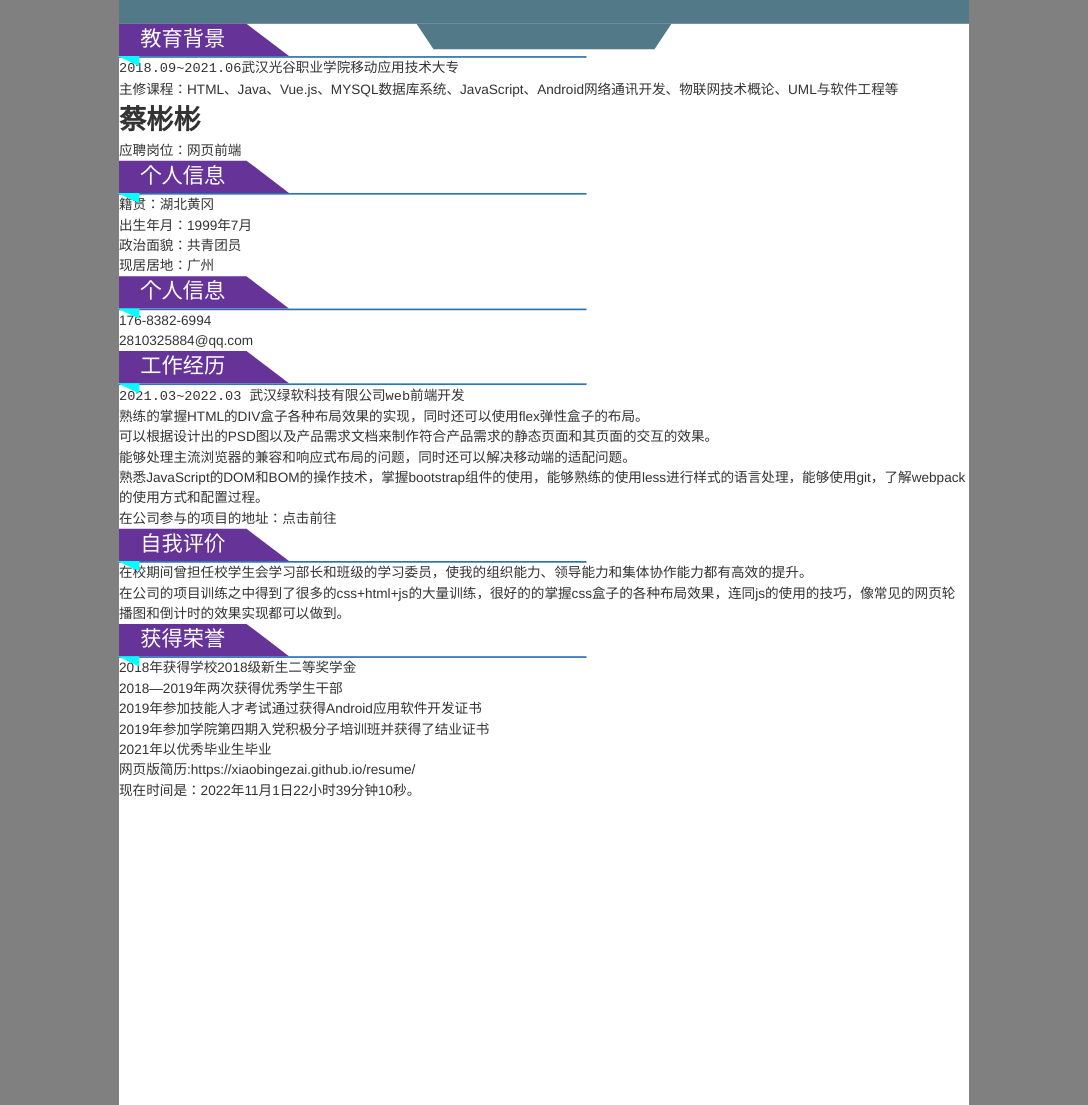
Repository: xiaobingezai/resume
Page: index.html
The author's editor kept a copy of each file at every save. The page is drawn from the files as they stood at one save, then again after the next save.
The browser window is 1280 px wide. The pictures show the whole page, at 85% of full size.

Above is the page before, as saved 2022-11-02 21:16:35.

After the next save:
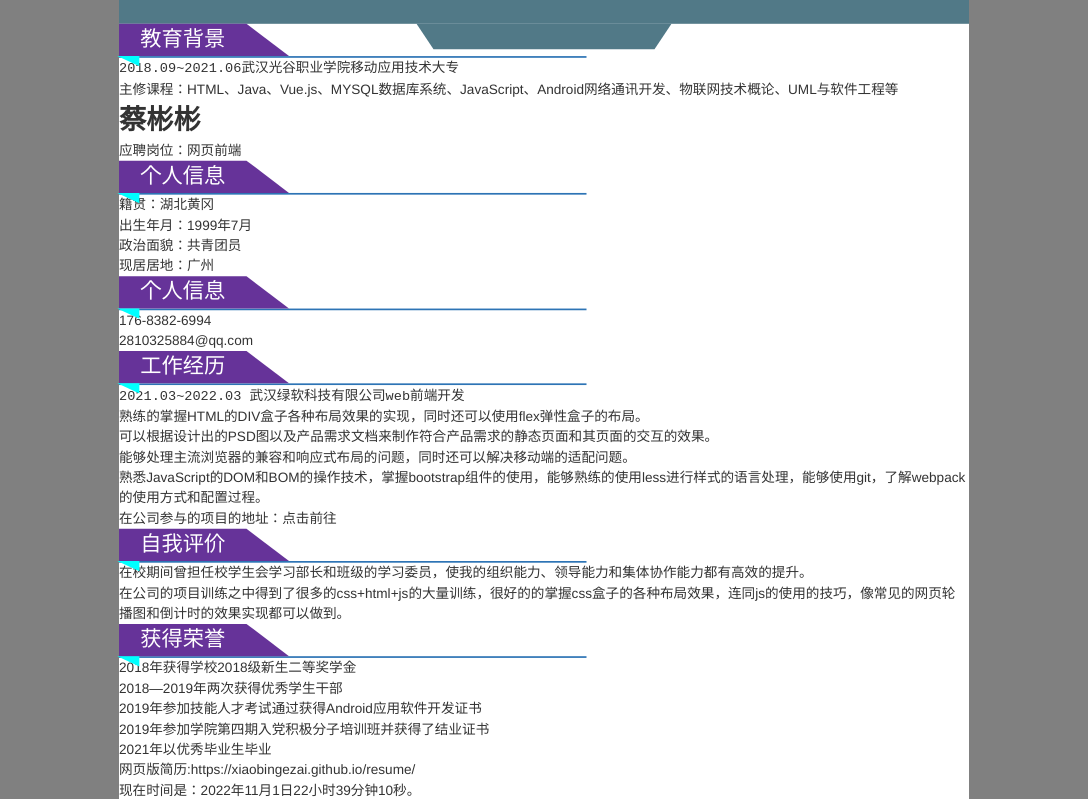
Saved 69 s later.
--- a/css/index.css
+++ b/css/index.css
@@ -91,7 +91,6 @@ input {
 /* 网页的整体外框 */
 #zhengTi {
     width: 1000px;
-    height: 1300px;
     background-color: #fff;
 }
 
